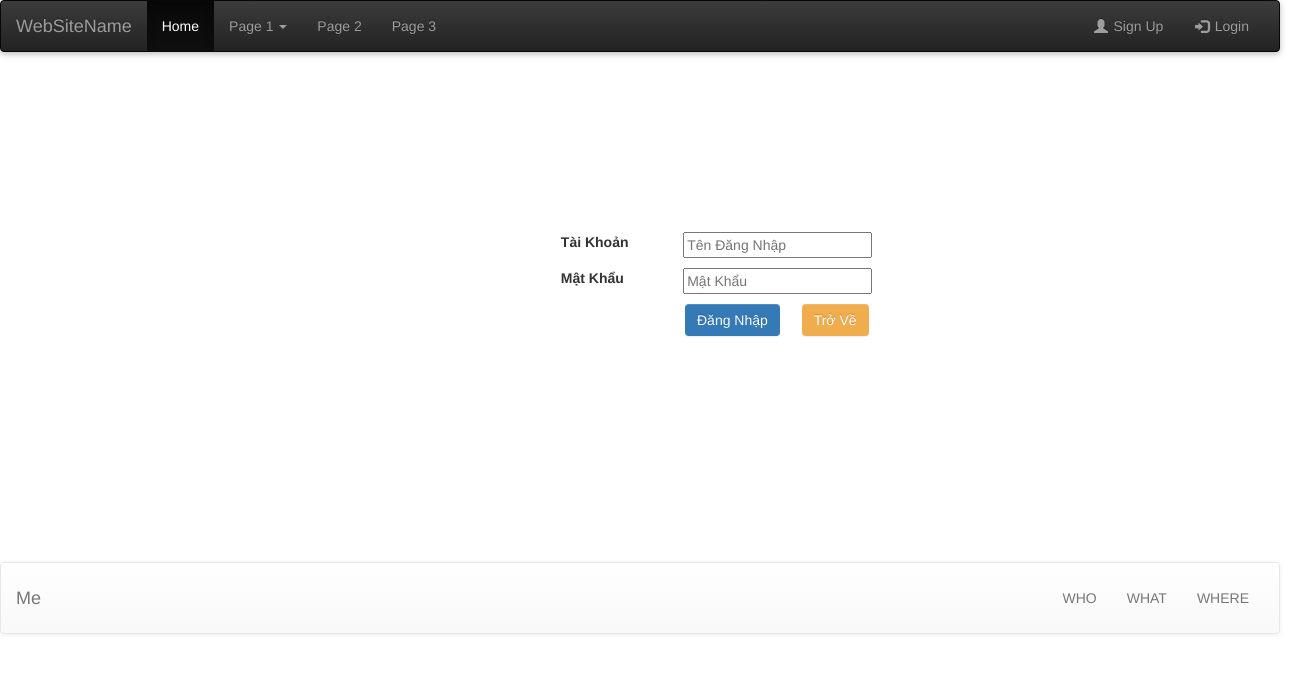
Repository: chickenoken/LuanAn
Page: http://localhost/net/WEB-INF/pages/Login.jsp
The author's editor kept a copy of each file at every save. The page is drawn from the files as they stood at one save, then again after the next save.
The browser window is 1280 px wide. The page is 1295 px wide, so the pictures cover 1295 px, including what lies to the right of the window. The pictures show the whole page.
Some web libraries are served in a nearby version. The page is served by Tomcat 9. Nobody is signed in. Other server files are loaded and not shown. The template is opened directly, without the code that normally fills it, so the values that code supplies are empty.

Above is the page before, as saved 2019-06-13 11:52:14.

### net/src/main/webapp/WEB-INF/pages/Login.jsp
<%@ page language="java" contentType="text/html; charset=UTF-8" pageEncoding="UTF-8"%>
<%@taglib prefix="c" uri="http://java.sun.com/jsp/jstl/core" %>
<!DOCTYPE html>
<html>
<script src="https://ajax.googleapis.com/ajax/libs/angularjs/1.7.8/angular.min.js"></script>
<script type="text/javascript" src="<c:url value="/resources/js/login.js" />"></script>
<style>
div.hidden
{
   display: none
}
</style>

   <head>
      <title>Login-Net</title>
      <%@include file="/WEB-INF/views/Header.jsp"%>
  </head>
   <body>
   <div style="height : 450px;">
     <div id="page" class="hidden">
	     <div ng-app="myApp" ng-controller="myCtrl">
	       <div class="row" style="padding-top : 160px;">
	         <div clas="form-group col-xs-5 col-md-7 col-lg-9 vcenter" >
	           <div class="col-md-offset-5 col-md-7">
	             <div class="col-md-2"><label>Tài Khoản</label></div>
	             <div class="col-md-10"><input type="text" ng-model="model.form.login.taiKhoan" placeholder="Tên Đăng Nhập" ></div>
	           </div>
	           <div class="col-md-offset-5 col-md-7 p-t-10">
	             <div class="col-md-2"><label>Mật Khẩu</label></div>
	             <div class="col-md-10"><input type="password" ng-model="model.form.login.matKhau" placeholder="Mật Khẩu" ></div>
	           </div>
	         </div>
	         <div ng-if="model.hidden.isShow">
	            <div class="alert alert-danger">
	              <strong>Lỗi !</strong> Sai tên đăng nhập hoặc mật khẩu
	            </div>
	          </div>
	         <div class="form-group col-md-offset-6 col-md-6 p-t-10 p-l-30">
	           <div class="col-md-2">
	             <button class="btn btn-primary" ng-click="dangNhap()">Đăng Nhập</button>
	           </div>
	           <div class="col-md-3 p-l-30">
	             <button class="btn btn-warning" ng-click="troVe()">Trở Về</button>
	           </div>
	         </div>
	       </div>
	     </div>
     </div>
     </div>
      <%@include file="/WEB-INF/views/Footer.jsp"%>
   </body>
</html>

### net/src/main/webapp/WEB-INF/views/Header.jsp
<link href="<c:url value="/resources/css/layout/my-styles.css" />" rel="stylesheet" type="text/css">
<link href="<c:url value="/resources/css/layout/blue.css" />" rel="stylesheet" type="text/css">
<link href="<c:url value="/resources/css/layout/components-md.css" />" rel="stylesheet" type="text/css">
<link href="<c:url value="/resources/css/layout/exexlayout.css" />" rel="stylesheet" type="text/css">
<link href="<c:url value="/resources/css/layout/materialize-icon.css" />" rel="stylesheet" type="text/css">
<link href="<c:url value="/resources/css/layout/plugins-md.css" />" rel="stylesheet" type="text/css">
<link href="<c:url value="/resources/css/layout/vi.css" />" rel="stylesheet" type="text/css">
<link href="<c:url value="/resources/css/layout/vendors.css" />" rel="stylesheet" type="text/css">
<link href="<c:url value="/resources/css/layout/new-style.css" />" rel="stylesheet" type="text/css">
<link href="<c:url value="/resources/css/layout/sms-bootstrap.css" />" rel="stylesheet" type="text/css">

<script src="https://ajax.googleapis.com/ajax/libs/jquery/3.4.0/jquery.min.js"></script>
<link rel="stylesheet" href="https://maxcdn.bootstrapcdn.com/bootstrap/3.3.7/css/bootstrap.min.css" integrity="sha384-BVYiiSIFeK1dGmJRAkycuHAHRg32OmUcww7on3RYdg4Va+PmSTsz/K68vbdEjh4u" crossorigin="anonymous">
<link rel="stylesheet" href="https://maxcdn.bootstrapcdn.com/bootstrap/3.3.7/css/bootstrap-theme.min.css" integrity="sha384-rHyoN1iRsVXV4nD0JutlnGaslCJuC7uwjduW9SVrLvRYooPp2bWYgmgJQIXwl/Sp" crossorigin="anonymous">
<head>
  <meta charset="utf-8">
  <meta name="viewport" content="width=device-width, initial-scale=1">
</head>
<body>

<nav class="navbar navbar-inverse">
  <div class="container-fluid">
    <div class="navbar-header">
      <button type="button" class="navbar-toggle" data-toggle="collapse" data-target="#myNavbar">
        <span class="icon-bar"></span>
        <span class="icon-bar"></span>
        <span class="icon-bar"></span>
      </button>
      <a class="navbar-brand" href="#">WebSiteName</a>
    </div>
    <div class="collapse navbar-collapse" id="myNavbar">
      <ul class="nav navbar-nav">
        <li class="active"><a href="#">Home</a></li>
        <li class="dropdown">
          <a class="dropdown-toggle" data-toggle="dropdown" href="#">Page 1 <span class="caret"></span></a>
          <ul class="dropdown-menu">
            <li><a href="#">Page 1-1</a></li>
            <li><a href="#">Page 1-2</a></li>
            <li><a href="#">Page 1-3</a></li>
          </ul>
        </li>
        <li><a href="#">Page 2</a></li>
        <li><a href="#">Page 3</a></li>
      </ul>
      <ul class="nav navbar-nav navbar-right">
        <li><a href="#"><span class="glyphicon glyphicon-user"></span> Sign Up</a></li>
        <li><a href="#"><span class="glyphicon glyphicon-log-in"></span> Login</a></li>
      </ul>
    </div>
  </div>
</nav>

### net/src/main/webapp/WEB-INF/views/Footer.jsp
<br/><br/>
<style>
#footer {
    clear: both;
    position: relative;
    height: 200px;
    margin-top: -200px;
}
</style>

<footer>
	<nav class="navbar navbar-default">
	  <div class="container">
	    <div class="navbar-header">
	      <button type="button" class="navbar-toggle" data-toggle="collapse" data-target="#myNavbar">
	        <span class="icon-bar"></span>
	        <span class="icon-bar"></span>
	        <span class="icon-bar"></span>
	      </button>
	      <a class="navbar-brand" href="#">Me</a>
	    </div>
	    <div class="collapse navbar-collapse" id="myNavbar">
	      <ul class="nav navbar-nav navbar-right">
	        <li><a href="#">WHO</a></li>
	        <li><a href="#">WHAT</a></li>
	        <li><a href="#">WHERE</a></li>
	      </ul>
	    </div>
	  </div>
	</nav>
</footer>
<script type="text/javascript" src="<c:url value="/resources/jsLib/StringUtils.js" />"></script>

### net/src/main/webapp/resources/css/layout/vi.css
body, h1, h2, h3, h4, h5, h6 {
  font-family: Tahoma,"Helvetica Neue",Helvetica,Arial,sans-serif;
}

.badge, .btn, .dashboard-stat .more, .dashboard-stat2 .display .number small, .dashboard-stat2 .progress-info .status, .dropdown-menu-v2>li>a, .icon-btn>div, .label, .table.table-light>thead>tr.uppercase, .widget-tab .nav-tabs>li>a {
  text-transform: none;
}

button, input, select, textarea, .dropdown-menu {
  font-family: Tahoma,"Helvetica Neue",Helvetica,Arial,sans-serif;
}

button[ng-click*="checkPostNumber"]{
  display: none;
}

.page-header.navbar .hor-menu .navbar-nav>li.mega-menu-dropdown>.dropdown-menu .mega-menu-content .mega-menu-submenu li>a{
  font-family: Tahoma,"Helvetica Neue",Helvetica,Arial,sans-serif;
}

.label, .table.table-light>thead>tr>th {
    font-family: Tahoma,"Helvetica Neue",Helvetica,Arial,sans-serif;
}

Loaded but not shown: net/src/main/webapp/resources/css/layout/my-styles.css (library); net/src/main/webapp/resources/css/layout/components-md.css (library); net/src/main/webapp/resources/css/layout/materialize-icon.css (library); net/src/main/webapp/resources/css/layout/vendors.css (library); net/src/main/webapp/resources/jsLib/StringUtils.js (239 lines, source omitted); net/src/main/webapp/resources/js/login.js (61 lines, source omitted); net/src/main/webapp/resources/css/layout/exexlayout.css (3119 lines, source omitted); net/src/main/webapp/resources/css/layout/blue.css (1120 lines, source omitted); net/src/main/webapp/resources/css/layout/plugins-md.css (1762 lines, source omitted); net/src/main/webapp/resources/css/layout/new-style.css (1150 lines, source omitted); net/src/main/webapp/resources/css/layout/sms-bootstrap.css (1024 lines, source omitted)

After the next save:
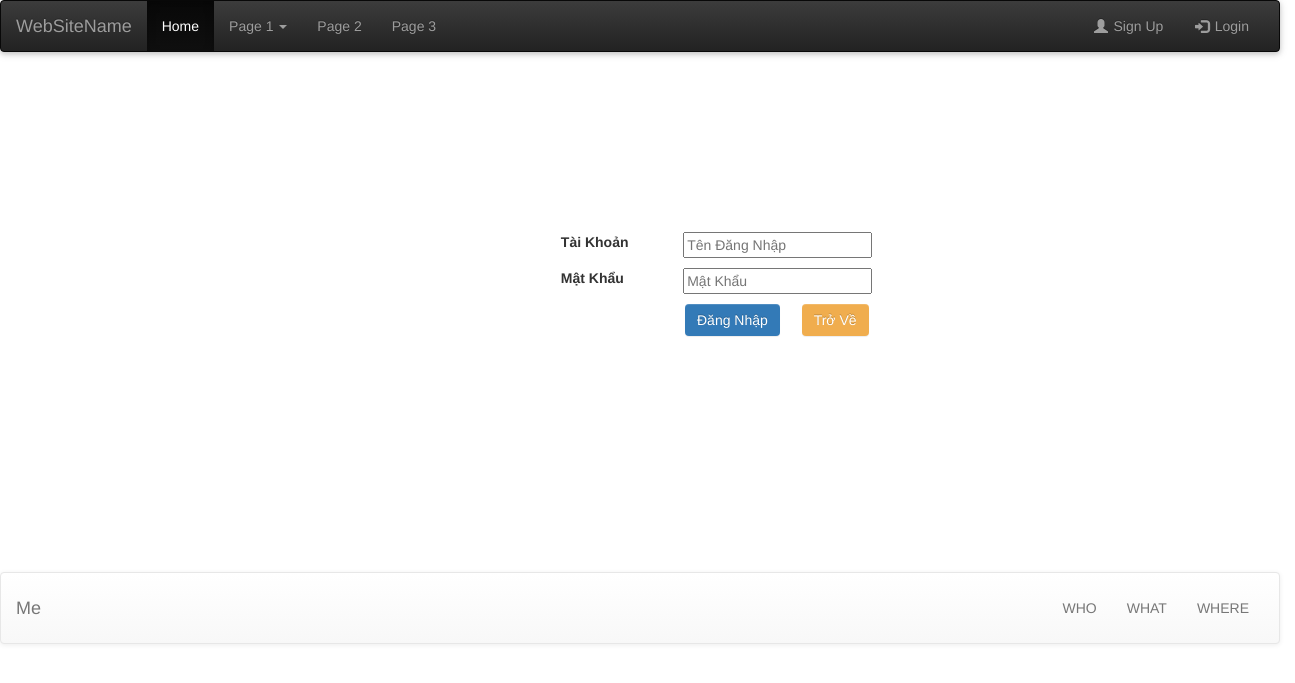
Saved 15 s later.
--- a/net/src/main/webapp/WEB-INF/pages/Login.jsp
+++ b/net/src/main/webapp/WEB-INF/pages/Login.jsp
@@ -16,7 +16,7 @@ div.hidden
       <%@include file="/WEB-INF/views/Header.jsp"%>
   </head>
    <body>
-   <div style="height : 450px;">
+   <div style="height : 460px;">
      <div id="page" class="hidden">
 	     <div ng-app="myApp" ng-controller="myCtrl">
 	       <div class="row" style="padding-top : 160px;">
